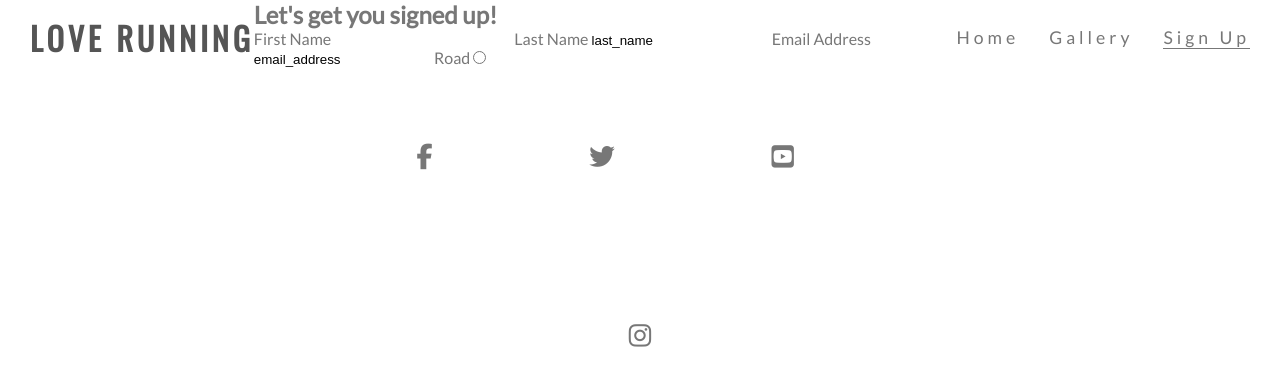
Repository: Baal89/love-running
Page: signup.html
The author's editor kept a record of every edit. The page is drawn from the files as they stood at one moment, then again after the next edit.
The browser window is 1280 px wide. The pictures show the whole page.
Some web libraries are served in a nearby version.

Above is the page before.

### signup.html
<!DOCTYPE html>
<html lang="en">

<head>
    <meta charset="UTF-8">
    <meta name="viewport" content="width=device-width, initial-scale=1.0">
    <meta http-equiv="X-UA-Compatible" content="ie=edge">
    <script src="https://kit.fontawesome.com/609714b29a.js" crossorigin="anonymous"></script>
    <link rel="stylesheet" href="assets/css/style.css" type="text/css" />
    <title>Love Running</title>
</head>

<body>
    <header>
        <a href="index.html">
            <h2 id="logo">Love Running</h2>
        </a>
        <nav>
            <ul id="menu">
                <li><a href="signup.html" class="active">Sign Up</a></li>
                <li><a href="gallery.html">Gallery</a></li>
                <li><a href="index.html">Home</a></li>
            </ul>
        </nav>
    </header>
    <section class="form-section">
        <form method="POST" value="https://formdump.codeinstitute.net/">
            <h2>Let's get you signed up!</h2>
            <label for="fname">First Name</label>
            <input name="first_name" id="fname" type="text" required>
            <label for="lname">Last Name</label>
            <input name="name" id="lname" type="text" value="last_name" required>
            <label for="email">Email Address</label>
            <input name="email" id="email" type="email" value="email_address" required>
            <label>Road</label>
            <input id="road" type="radio" name="running_preference">
        </form>
    </section>
    <footer>
        <ul id="social-networks">
            <li><a href="https://www.facebook.com" target="_blank"><i class="fab fa-facebook-f"></i></a></li>
            <li><a href="https://www.twitter.com" target="_blank"><i class="fab fa-twitter"></i></a></li>
            <li><a href="https://www.youtube.com" target="_blank"><i class="fab fa-youtube-square"></i></a></li>
            <li><a href="https://www.instagram.com" target="_blank"><i class="fab fa-instagram"></i></a></li>
        </ul>
    </footer>
</body>

</html>

### assets/css/style.css
@import url('https://fonts.googleapis.com/css?family=Lato: 300|Oswald&display=swap');

* {
    margin: 0;
    padding: 0;
    border: 0;
}

body {
    font-family: Lato;
    color: #777777;
}


#logo {
    float: left;
    font-size: 200%;
    font-family: Oswald;
    text-transform: uppercase;
    letter-spacing: 4px;
    color: #555555;
    margin-left: 30px;
}

#menu {
    font-size: 110%;
    list-style-type: none;
    letter-spacing: 4px;
}

#logo,
#menu {
    line-height: 75px;
}

#menu li {
    float: right;
    margin-right: 30px;
}

#menu a {
    text-decoration: none;
    color: inherit;
}

#menu a:hover {
    border-bottom: 1px solid #777777;
}

.active {
    border-bottom: 1px solid #777777;
}


#hero-image {
    height: 600px;
    width: 100%;
    background-image: url("http://codeinstitute.s3.amazonaws.com/FundamentalsProjects/HTML-CSS/main-image.png");
    background-repeat: no-repeat;
    background-position: center center;

    animation-name: hero-zoom;
    animation-duration: 5s;
    animation-fill-mode: forwards
}

#hero-outer {
    height: 600px;
    width: 100%;
    overflow: hidden;
    position: relative;
}

@keyframes hero-zoom {
    from {
        transform: scale(1);
    }
    to {
        transform: scale(1.1);
    }
}

#cover-text,
#cover-text h2 {
    color: #ffffff;
}

#cover-text {
    font-size: 130%;
    font-family: Oswald;
    text-transform: uppercase;
    letter-spacing: 4px;

    width: 300px;
    height: 200px;

    padding-top: 40px;
    padding-left: 10px;

    background-color: rgba( 241, 109, 107, .7);

    bottom: 30px;
    right: 150px;

    position: absolute;
}


#club-ethos {
    height: 600px;
}

#left-about {
    padding-top: 30px;
    width: 33%;
    float: left;
}

#right-about {
    padding-top: 30px;
    width: 33%;
    float: right;
}

#center-about {
    width: 33%;
    margin: 0 auto;
}

hr {
    border-top: 1px solid #777777;
    width: 100%;
    margin: 5px 0;
}

.left-about-heading {
    width: 50%;
    float: right;
    line-height: 20px;
    clear: both;
    margin-bottom: 50px;
}

.right-about-heading {
    width: 50%;
    float: left;
    line-height: 20px;
    clear: both;
    margin-bottom: 50px;
}

.right-about-heading h2 {
    text-align: right;
}

#welcome {
    margin: 20px 0;
    text-align: center;
    font-size: 200%;
    text-transform: uppercase
}

#circle-container {
    width: 300px;
    height: 300px;
    padding: 30px;
    border-style: solid;
    border-color: #cccccc;
    border-width: 1px;
    border-radius: 50%;
    margin: 0 auto;
    background-image: url("http://codeinstitute.s3.amazonaws.com/FundamentalsProjects/HTML-CSS/video-mask.png");
    background-repeat: no-repeat;
    background-position: center center;
    background-size: cover;
}


#times {
    background-image: url("http://codeinstitute.s3.amazonaws.com/FundamentalsProjects/HTML-CSS/dublin-city.png");
    background-repeat: no-repeat;
    background-position: center center;
    background-size: cover;
    width: 100%;
    overflow: hidden;
}

#times div {
    color: #fafafa;
    background-color: rgba(0, 0, 0, .6);
    width: 19%;
    height: 300px;
    float: left;
    padding: 30px 0 0 10px;
    text-align: center;
    margin: 1px;
}

#times h2 {
    color: #ffffff;
}


footer {
    height: 150px;
}

#social-networks {
    text-align: center;
}

#social-networks li {
    display: inline;
}

#social-networks i {
    font-size: 160%;
    margin: 1%;
    padding: 5%;
    color: #777777;
}

#photo {
    clear: both;
    line-height: 0;
    column-count: 4;
    column-gap: 0;
}

#photo img {
    width: 100%;
}

@media screen and (max-width: 1393px) {
    #club-ethos {
        width: 65%;
        height: 1200px;
        margin: 0 auto;
    }

    #welcome {
        padding: 30px;
        margin-top: 0;
    }

    #left-about,
    #right-about {
        width: 100%;
        float: left;
        padding: 0;
    }

    #center-about {
        clear: both;
        width: 100%;
        float: left;
        padding: 0;
    }

    #times div {
        width: 100%;
        clear: both;
        height: 150px;
        border-style: solid;
        border-bottom-width: 1px;
        border-bottom-color: #fff;
    }

    hr {
        display: none;
    }
}


@media screen and (max-width: 943px) {
    #menu {
        clear: left;
        float: left;
        margin-left: 30px;
        margin-bottom: 20px;
        line-height: 25px;
    }
    #cover-text {
        left: 0px;
    }

    #club-ethos{
        width:90%;
        height: 1200px;
        margin: 0 auto;
    }

    .left-about-heading , .right-about-heading {
        width: inherit;
    }

    .left-about-heading h2 , .right-about-heading h2 {
        width: 100%;
        text-align: center;
    }

    .left-about-heading p , .right-about-heading p {
        text-align: center;
        padding: 0 20px;
    }
}

After the next edit:
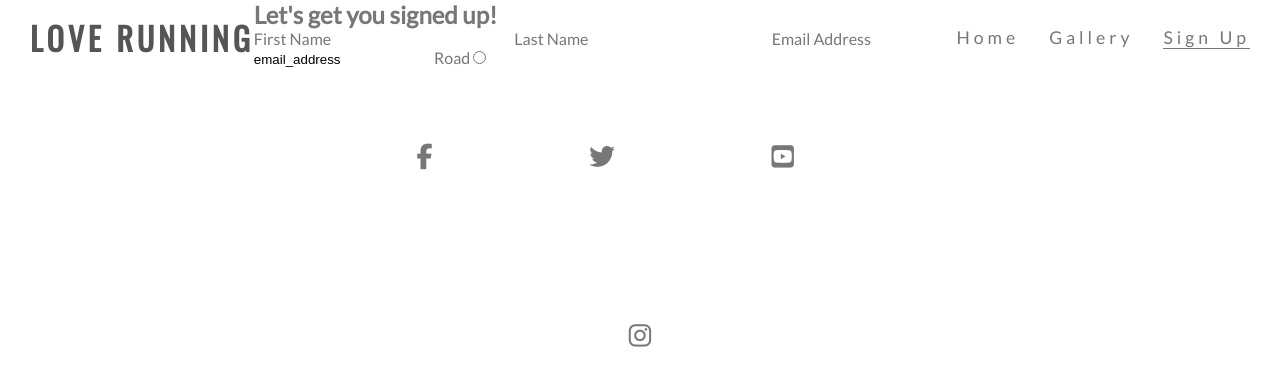
The edit:
--- a/signup.html
+++ b/signup.html
@@ -29,7 +29,7 @@
             <label for="fname">First Name</label>
             <input name="first_name" id="fname" type="text" required>
             <label for="lname">Last Name</label>
-            <input name="name" id="lname" type="text" value="last_name" required>
+            <input name="last_name" id="lname" type="text"  required>
             <label for="email">Email Address</label>
             <input name="email" id="email" type="email" value="email_address" required>
             <label>Road</label>
